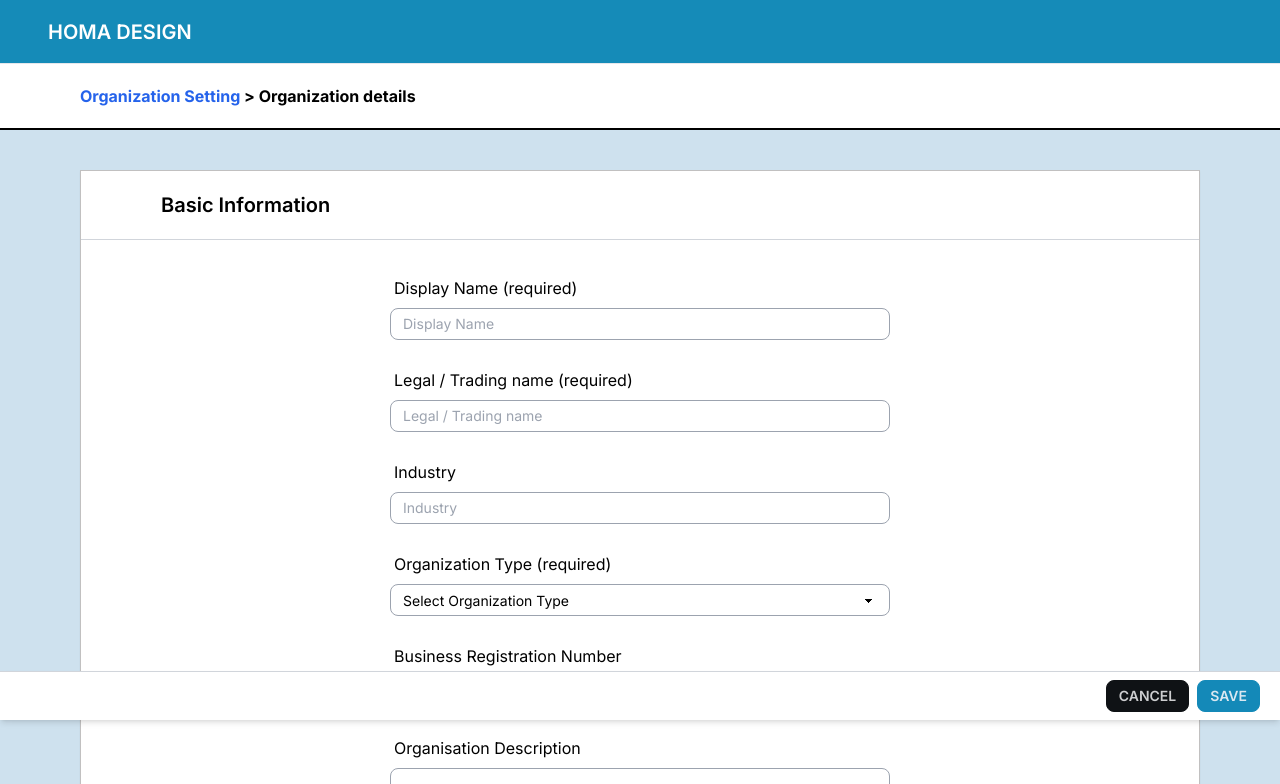
Repository: khairul35/homa-FE
Page: /organization-setting, after clicking the first element matching `div.border-2`
The author's editor kept a copy of each file at every save. The page is drawn from the files as they stood at one save, then again after the next save.
The browser window is 1280 px wide. The pictures show the whole page.
An inner scrolling area shows only its first screen. The project was rebuilt for these pictures with package versions that can differ from the ones it lists, and the page was loaded fresh each time. The framework's server and built-in components were replaced by stand-ins that run in the browser. Also part of the build but not shown: next.config.js, app/components/layout/header/BusinessMenu.tsx, app/components/layout/header/CompanyMenu.tsx.

Above is the page before, as saved 2023-12-27 12:16:18.

### app/layout.tsx
import type { Metadata } from 'next'
import { Inter } from 'next/font/google'
import Header from './components/layout/Header';
import './globals.css'

const inter = Inter({ subsets: ['latin'] })

export const metadata: Metadata = {
  title: 'MyAccount2U',
  description: 'Accounting System',
}

export default function RootLayout({
  children,
}: {
  children: React.ReactNode
}) {
  return (
    <html lang="en">
      <body className={inter.className}>
        <div className='flex flex-col h-screen'>
          <Header />
          {children}
        </div>
      </body>
    </html>
  )
}

### api/organization/index.ts
import repository from "../repository";
import { CreateOrganizationProps, UpdateOrganizationProps } from "./props";

const resource = '/api/organization';

const api = {
    findMyOrganization() {
        return repository.get(`${resource}/me`);
    },
    findMyOrganizations() {
        return repository.get(`${resource}/me/all`);
    },
    createOrganization(body: CreateOrganizationProps) {
        return repository.post(`${resource}`, body);
    },
    updateOrganization(body: UpdateOrganizationProps) {
        return repository.put(`${resource}`, body);
    },
    updateCurrentOrganization(organizationId: number) {
        return repository.put(`${resource}/current-organization/${organizationId}`);
    },
};

export default api;

### app/organization-setting/component/organization-detail/component.tsx
import { Props } from "./props";
import styles from "./index.module.css"
import countries from '@/constant/Country.json';

const Component = (props: Props) => {
    const { onBack, onSave, updateDetail, detail } = props;

    return (
        <div className="bg-bg-color min-h-screen overflow-auto pb-5">
            <div className="bg-white border-b-2 border-black">
                <h1 className="pl-20 pt-5 pb-5 text-l font-bold">
                    <a
                        className="text-blue-600 cursor-pointer"
                        onClick={() => onBack()}
                    >
                        Organization Setting
                    </a>
                    &nbsp;&gt; Organization details
                </h1>
            </div>
            <div className="mt-0 p-10 pl-20 pr-20">
                <div className={styles.card}>
                    <h2 className="text-xl font-semibold p-5 pl-20  border-b border-gray-300">
                        Basic Information
                    </h2>
                    <div className="p-5 flex justify-center">
                        <form method="dialog">
                            <label className="label mt-2">Display Name (required)</label>
                            <input
                                value={detail?.name}
                                onChange={(e) => updateDetail({ name: e.target.value })}
                                type="text"
                                placeholder="Display Name"
                                className="input-sm input input-bordered  bg-white border-gray-400 w-full md:w-[500px]"
                            />
                            <label className="label mt-5">Legal / Trading name (required)</label>
                            <input
                                value={detail?.tradingName}
                                onChange={(e) => updateDetail({ tradingName: e.target.value })}
                                type="text"
                                placeholder="Legal / Trading name"
                                className="input-sm input input-bordered  bg-white border-gray-400 w-full md:w-[500px]"
                            />
                            <label className="label mt-5">Industry</label>
                            <input
                                value={detail?.industry || ''}
                                onChange={(e) => updateDetail({ industry: e.target.value })}
                                type="text"
                                placeholder="Industry"
                                className="input-sm input input-bordered  bg-white border-gray-400 w-full md:w-[500px]"
                            />
                            <label className="label mt-5">Organization Type (required)</label>
                            <select
                                value={detail?.organizationType}
                                onChange={(e) => updateDetail({ organizationType: e.target.value })}
                                className="select-sm select select-bordered bg-white border-gray-400 md:w-[500px]">
                                <option disabled selected>Select Organization Type</option>
                            </select>
                            <label className="label mt-5">Business Registration Number</label>
                            <input
                                value={detail?.registrationNumber || ''}
                                onChange={(e) => updateDetail({ registrationNumber: e.target.value })}
                                type="text"
                                placeholder="Business Registration Number"
                                className="input-sm input input-bordered  bg-white border-gray-400 w-full md:w-[500px]"
                            />
                            <label className="label mt-5">Organisation Description</label>
                            <textarea
                                value={detail?.organizationDescription || ''}
                                onChange={(e) => updateDetail({ organizationDescription: e.target.value })}
                                placeholder="Organisation Description"
                                className="textarea textarea-bordered bg-white border-gray-400 w-full md:w-[500px]"
                            />
                        </form>
                    </div>
                </div>
                <div className={styles.card}>
                    <h2 className="text-xl font-semibold p-5 pl-20  border-b border-gray-300">
                        Contact Information
                    </h2>
                    <div className="p-5 flex justify-center">
                        <form method="dialog">
                            <label className="label mt-5">Postal Address</label>
                            <input
                                value={detail?.postalAddress?.addressLine1 || ''}
                                onChange={(e) => updateDetail({ postalAddress: {
                                    addressLine1: e.target.value || '',
                                    addressLine2: detail?.postalAddress?.addressLine2 || '',
                                    city: detail?.postalAddress?.city || '',
                                    state: detail?.postalAddress?.state || '',
                                    postalCode: detail?.postalAddress?.postalCode
                                }})}
                                type="text"
                                placeholder="Address line 1"
                                className="input-sm input input-bordered  bg-white border-gray-400 w-full md:w-[500px]"
                            />
                            <label className="label mt-5"></label>
                            <input
                                value={detail?.postalAddress?.addressLine2 || ''}
                                onChange={(e) => updateDetail({ postalAddress: {
                                    addressLine1: detail?.postalAddress?.addressLine1 || '',
                                    addressLine2: e.target.value || '',
                                    city: detail?.postalAddress?.city || '',
                                    state: detail?.postalAddress?.state || '',
                                    postalCode: detail?.postalAddress?.postalCode
                                }})}
                                type="text"
                                placeholder="Address line 2"
                                className="input-sm input input-bordered  bg-white border-gray-400 w-full md:w-[500px]"
                            />
                            <label className="label mt-5"></label>
                            <input
                                value={detail?.postalAddress?.city || ''}
                                onChange={(e) => updateDetail({ postalAddress: {
                                    addressLine1: detail?.postalAddress?.addressLine1 || '',
                                    addressLine2: detail?.postalAddress?.addressLine2 || '',
                                    city: e.target.value || '',
                                    state: detail?.postalAddress?.state || '',
                                    postalCode: detail?.postalAddress?.postalCode
                                }})}
                                type="text"
                                placeholder="City"
                                className="input-sm input input-bordered  bg-white border-gray-400 w-full md:w-[500px]"
                            />
                            <label className="label mt-5"></label>
                            <input
                                value={detail?.postalAddress?.state || ''}
                                onChange={(e) => updateDetail({ postalAddress: {
                                    addressLine1: detail?.postalAddress?.addressLine1 || '',
                                    addressLine2: detail?.postalAddress?.addressLine2 || '',
                                    city: detail?.postalAddress?.city || '',
                                    state: e.target.value || '',
                                    postalCode: detail?.postalAddress?.postalCode
                                }})}
                                type="text"
                                placeholder="State / Region"
                                className="input-sm input input-bordered  bg-white border-gray-400 w-full md:w-[250px]"
                            />
                            <input
                                value={detail?.postalAddress?.postalCode || ''}
                                onChange={(e) => updateDetail({ postalAddress: {
                                    addressLine1: detail?.postalAddress?.addressLine1 || '',
                                    addressLine2: detail?.postalAddress?.addressLine2 || '',
                                    city: detail?.postalAddress?.city || '',
                                    state: detail?.postalAddress?.state || '',
                                    postalCode: e.target.value || '',
                                }})}
                                type="text"
                                placeholder="Postal / Zip Code"
                                className="input-sm input input-bordered  bg-white border-gray-400 w-full md:w-[240px] ml-2"
                            />
                            <label className="label mt-5">
                                Physical Address
                                <label className="label cursor-pointer">
                                    <span className="label">Same as Postal Address</span>
                                    <input
                                        type="checkbox"
                                        checked={detail?.physicalIsPostal}
                                        onChange={(e) => updateDetail({ physicalIsPostal: !detail.physicalIsPostal })}
                                        className="checkbox"
                                    />
                                </label>
                            </label>

                            <input
                                value={detail?.physicalAddress?.addressLine1 || ''}
                                onChange={(e) => updateDetail({ physicalAddress: {
                                    addressLine1: e.target.value || '',
                                    addressLine2: detail?.physicalAddress?.addressLine2 || '',
                                    city: detail?.physicalAddress?.city || '',
                                    state: detail?.physicalAddress?.state || '',
                                    postalCode: detail?.physicalAddress?.postalCode || '',
                                }})}
                                type="text"
                                placeholder="Address line 1"
                                className="input-sm input input-bordered  bg-white border-gray-400 w-full md:w-[500px]"
                            />
                            <label className="label mt-5"></label>
                            <input
                                value={detail?.physicalAddress?.addressLine2 || ''}
                                onChange={(e) => updateDetail({ physicalAddress: {
                                    addressLine1: detail?.physicalAddress?.addressLine1 || '',
                                    addressLine2: e.target.value || '',
                                    city: detail?.physicalAddress?.city || '',
                                    state: detail?.physicalAddress?.state || '',
                                    postalCode: detail?.physicalAddress?.postalCode || '',
                                }})}
                                type="text"
                                placeholder="Address line 2"
                                className="input-sm input input-bordered  bg-white border-gray-400 w-full md:w-[500px]"
                            />
                            <label className="label mt-5"></label>
                            <input
                                value={detail?.physicalAddress?.city || ''}
                                onChange={(e) => updateDetail({ physicalAddress: {
                                    addressLine1: detail?.physicalAddress?.addressLine1 || '',
                                    addressLine2: detail?.physicalAddress?.addressLine2 || '',
                                    city: e.target.value || '',
                                    state: detail?.physicalAddress?.state || '',
                                    postalCode: detail?.physicalAddress?.postalCode || '',
                                }})}
                                type="text"
                                placeholder="City"
                                className="input-sm input input-bordered  bg-white border-gray-400 w-full md:w-[500px]"
                            />
                            <label className="label mt-5"></label>
                            <input
                                value={detail?.physicalAddress?.state || ''}
                                onChange={(e) => updateDetail({ physicalAddress: {
                                    addressLine1: detail?.physicalAddress?.addressLine1 || '',
                                    addressLine2: detail?.physicalAddress?.addressLine2 || '',
                                    city: detail?.physicalAddress?.city || '',
                                    state: e.target.value || '',
                                    postalCode: detail?.physicalAddress?.postalCode || '',
                                }})}
                                type="text"
                                placeholder="State / Region"
                                className="input-sm input input-bordered  bg-white border-gray-400 w-full md:w-[250px]"
                            />
                            <input
                                value={detail?.physicalAddress?.postalCode || ''}
                                onChange={(e) => updateDetail({ physicalAddress: {
                                    addressLine1: detail?.physicalAddress?.addressLine1 || '',
                                    addressLine2: detail?.physicalAddress?.addressLine2 || '',
                                    city: detail?.physicalAddress?.city || '',
                                    state: detail?.physicalAddress?.state || '',
                                    postalCode: e.target.value || '',
                                }})}
                                type="text"
                                placeholder="Postal / Zip Code"
                                className="input-sm input input-bordered  bg-white border-gray-400 w-full md:w-[240px] ml-2"
                            />
                            <label className="label mt-5">Telephone</label>
                            <select
                                placeholder="Country Code"
                                className="input-sm input input-bordered  bg-white border-gray-400 w-full md:w-[200px]"
                            >
                                {
                                    countries.map((e) =>(
                                        <option key={e.isoCode} value={e.dialling_code}>
                                            {e.dialling_code} ({e.name})
                                        </option>
                                    ))
                                }
                            </select>
                            <input
                                type="text"
                                placeholder="Phone number"
                                className="input-sm input input-bordered  bg-white border-gray-400 w-full md:w-[290px] ml-2"
                            />
                            <label className="label mt-5">Email</label>
                            <input
                                type="text"
                                placeholder="Email"
                                className="input-sm input input-bordered  bg-white border-gray-400 w-full md:w-[500px]"
                            />
                            <label className="label mt-5">Website</label>
                            <input
                                type="text"
                                placeholder="Website"
                                className="input-sm input input-bordered  bg-white border-gray-400 w-full md:w-[500px]"
                            />
                            <label className="label mt-5">Mobile</label>
                            <select
                                placeholder="Country Code"
                                className="input-sm input input-bordered  bg-white border-gray-400 w-full md:w-[200px]"
                            >
                                {
                                    countries.map((e) =>(
                                        <option key={e.isoCode} value={e.dialling_code}>
                                            {e.dialling_code} ({e.name})
                                        </option>
                                    ))
                                }
                            </select>
                            <input
                                type="text"
                                placeholder="Phone number"
                                className="input-sm input input-bordered  bg-white border-gray-400 w-full md:w-[290px] ml-2"
                            />
                            <label className="label mt-5">Fax</label>
                            <select
                                placeholder="Country Code"
                                className="input-sm input input-bordered  bg-white border-gray-400 w-full md:w-[200px]"
                            >
                                {
                                    countries.map((e) =>(
                                        <option key={e.isoCode} value={e.dialling_code}>
                                            {e.dialling_code} ({e.name})
                                        </option>
                                    ))
                                }
                            </select>
                            <input
                                type="text"
                                placeholder="Fax number"
                                className="input-sm input input-bordered  bg-white border-gray-400 w-full md:w-[290px] ml-2"
                            />
                            <label className="label mt-5">Facebook</label>
                            <input
                                type="text"
                                placeholder="facebook.com/"
                                className="input-sm input input-bordered  bg-white border-gray-400 w-full md:w-[500px]"
                            />
                            <label className="label mt-5">Twitter</label>
                            <input
                                type="text"
                                placeholder="twitter.com/"
                                className="input-sm input input-bordered  bg-white border-gray-400 w-full md:w-[500px]"
                            />
                            <label className="label mt-5">Linkedin</label>
                            <input
                                type="text"
                                placeholder="linkedin.com/"
                                className="input-sm input input-bordered  bg-white border-gray-400 w-full md:w-[500px]"
                            />
                        </form>
                    </div>
                </div>
            </div>
            <footer className="fixed bottom-0 w-full bg-white shadow-md border-t border-gray-300 text-right px-5 py-2">
                <button className="btn btn-sm mr-2" onClick={onBack}>Cancel</button>
                <button className="btn btn-primary btn-sm" onClick={onSave}>Save</button>
            </footer>
        </div>
    )
};

export default Component;

### api/auth.ts
import repository from "./repository";

const resource = "/api/auth";

const api = {
    login(username: string, password: string) {
        return repository.post(
            `${resource}/login`,
            { username, password },
        );
    },
    refreshToken() {
        return repository.post(
            `${resource}/refreshToken`,
            { refreshToken: localStorage.getItem('refreshToken') },
        );
    },
    logout() {
        return repository.post(`${resource}/logout`);
    },
    logoutAllDevice() {
        return repository.post(`${resource}/logout/all-device`);
    },
};

export default api;

Loaded but not shown: app/globals.css (common file); constant/Country.json (4142 lines, source omitted); app/components/layout/Header.tsx (148 lines, source omitted); app/organization-setting/page.tsx (64 lines, source omitted); api/repository.ts (85 lines, source omitted); app/organization-setting/component/organization-detail/index.tsx (72 lines, source omitted); app/organization-setting/component/organization-detail/index.module.css (57 lines, source omitted); tailwind.config.ts (46 lines, source omitted)

After the next save:
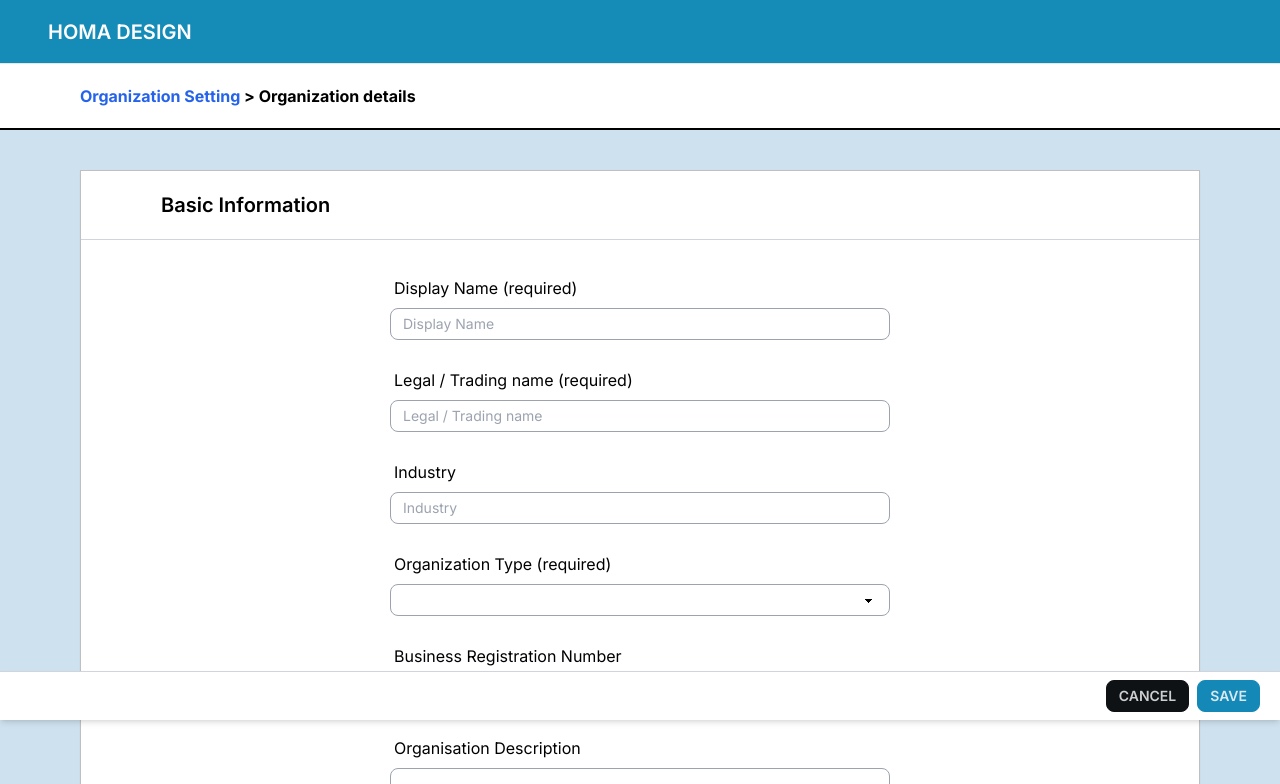
Saved 76 s later.
--- a/app/organization-setting/component/organization-detail/component.tsx
+++ b/app/organization-setting/component/organization-detail/component.tsx
@@ -54,7 +54,7 @@ const Component = (props: Props) => {
                                 value={detail?.organizationType}
                                 onChange={(e) => updateDetail({ organizationType: e.target.value })}
                                 className="select-sm select select-bordered bg-white border-gray-400 md:w-[500px]">
-                                <option disabled selected>Select Organization Type</option>
+                                <option disabled>Select Organization Type</option>
                             </select>
                             <label className="label mt-5">Business Registration Number</label>
                             <input
